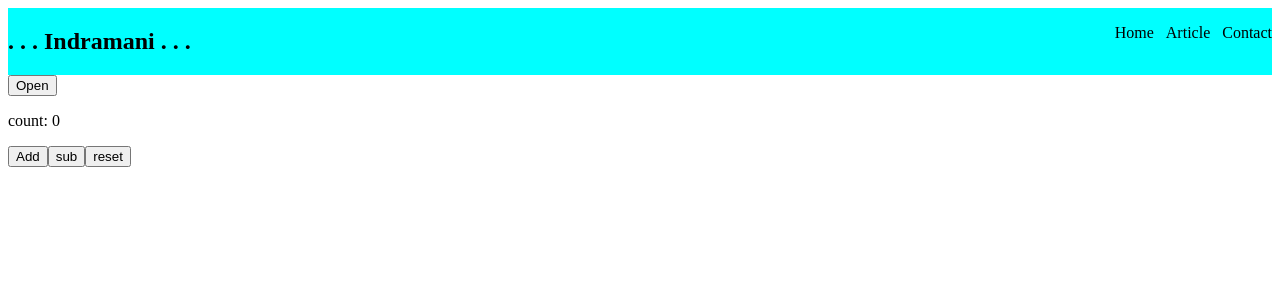
Repository: indramani7271/Indramani-First
Page: /
These files come from the project's save history. The page is drawn as it stood at one moment and after the next save; the edit follows.
The browser window is 1280 px wide. The pictures show the whole page.
The project was rebuilt for these pictures with package versions that can differ from the ones it lists, and the page was loaded fresh each time. Also part of the build but not shown: vite.config.js, src/Component/Main.jsx, src/Component/Footer.jsx, src/Component/Content.jsx, src/index.css.

Above is the page before, as saved 2024-12-02 18:38:14.

After the next save:
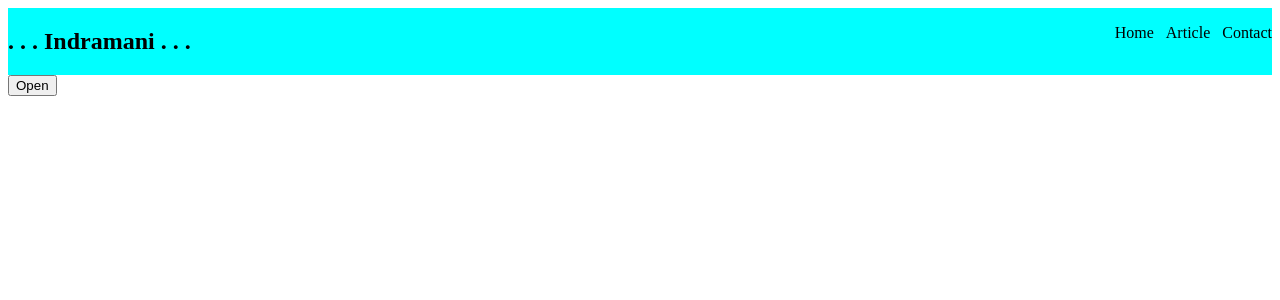
Saved 5 min 10 s later.
--- a/src/App.jsx
+++ b/src/App.jsx
@@ -9,6 +9,7 @@ function App() {
   const [ open, setOpen] =useState(false)
 function popup() {
   setOpen(true)
+
 }
 
 
@@ -19,7 +20,10 @@ function popup() {
 
 <Navbar />
 <button onClick ={popup} > Open</button>
-<Counter/>
+{ open ? <Counter/> : <div></div>
+
+}
+
 {/*
 <Main> </Main>
 <Content> </Content>
